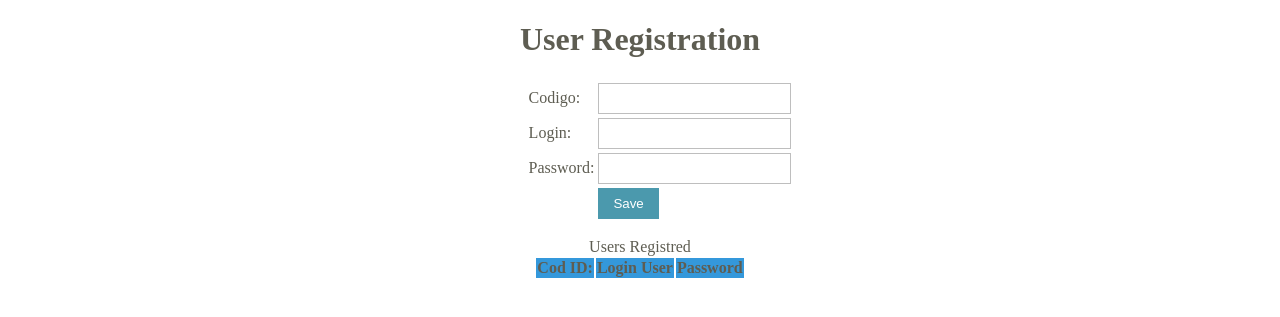
Repository: ViniciusBeletella/project-jsp
Page: http://localhost/project-jsp/userRegistration.jsp
The author's editor kept a copy of each file at every save. The page is drawn from the files as they stood at one save, then again after the next save.
The browser window is 1280 px wide. The pictures show the whole page.
The page is served by Tomcat 9. Other server files are loaded and not shown.

Above is the page before, as saved 2019-12-27 08:14:47.

### project-jsp/WebContent/userRegistration.jsp
<%@ page language="java" contentType="text/html; charset=UTF-8"
	pageEncoding="UTF-8"%>
<%@ taglib uri="http://java.sun.com/jsp/jstl/core" prefix="c"%>
<!DOCTYPE html>
<html>
<head>
<meta charset="UTF-8">
<title>User Registration</title>
<link rel="stylesheet" href="resources/css/registration.css">
</head>
<body>

	<center>
		<h1>User Registration</h1>
	</center>
	</tr>
	<tr></tr>
	<tr>
	<center>
			<form action="saveUser" method="post">
				<ul class="form-style-1">
					<li>
						<table>
							<tr>
								<td>Codigo:</td>
								<td><input type="text" readonly="readonly" id="id"
									name="id" value="${user.id}"></td>
							</tr>
							<tr>
								<td>Login:</td>
								<td><input type="text" id="login" name="login"
									value="${user.login}"></td>
							</tr>

							<tr>
								<td>Password:</td>
								<td><input type="password" id="password" name="password"
									value="${user.password}"></td>
							</tr>
							<tr>
								<td></td>
								<td><input type="submit" value="Save"></td>
							</tr>
						</table>
					</li>
				</ul>
			</form>

		<table>
				<caption>Users Registred</caption>
				<tr bgcolor="#3498DB">
				<th>Cod ID:</th>
				<th>Login User</th>
				<th>Password</th>
			</tr>
			<c:forEach items="${users}" var="userL">
				<tr>
					<td style="width: 150px"><c:out value="${userL.id}"></c:out></td>
					<td style="width: 150px"><c:out value="${userL.login}"></c:out></td>
					<td style="width: 150px"><c:out value="${userL.password}"></c:out></td>
					<td><c:out value="${user.password}"></c:out></td>
					<td><a href="saveUser?acao=delete&user=${userL.login}"><img src="resources/img/delete.png" title="Delete" width="18px" height="18px"></a>
					</td>
					<td><a href="saveUser?acao=edit&user=${userL.login}"><img src="resources/img/edit.png" title="Edit" width="18px" height="18px"></a></td>

				</tr>

			</c:forEach>
		</table>
		</center>
</body>
</html>

### project-jsp/WebContent/resources/css/registration.css

<style type="text/css">
.form-style-1 {
	margin:10px auto;
	max-width: 400px;
	text-align:center;
	padding: 20px 12px 10px 20px;
	font: 13px "Lucida Sans Unicode", "Lucida Grande", sans-serif;
}
.form-style-1 li {
	padding: 0;
	display: block;
	list-style: none;
	margin: 10px 0 0 0;
}
.form-style-1 label{
	margin:0 0 3px 0;
	padding:0px;
	text-align:center;
	display:block;
	font-weight: bold;
}
.form-style-1 input[type=text],
.form-style-1 input[type=password],
.form-style-1 input[type=date],
.form-style-1 input[type=datetime],
.form-style-1 input[type=number],
.form-style-1 input[type=search],
.form-style-1 input[type=time],
.form-style-1 input[type=url],
.form-style-1 input[type=email],
textarea,
select{
	box-sizing: border-box;
	-webkit-box-sizing: border-box;
	-moz-box-sizing: border-box;
	border:1px solid #BEBEBE;
	padding: 7px;
	margin:0px;
	-webkit-transition: all 0.30s ease-in-out;
	-moz-transition: all 0.30s ease-in-out;
	-ms-transition: all 0.30s ease-in-out;
	-o-transition: all 0.30s ease-in-out;
	outline: none;
}
.form-style-1 input[type=text]:focus,
.form-style-1 input[type=password]:focus,
.form-style-1 input[type=date]:focus,
.form-style-1 input[type=datetime]:focus,
.form-style-1 input[type=number]:focus,
.form-style-1 input[type=search]:focus,
.form-style-1 input[type=time]:focus,
.form-style-1 input[type=url]:focus,
.form-style-1 input[type=email]:focus,
.form-style-1 textarea:focus,
.form-style-1 select:focus{
	-moz-box-shadow: 0 0 8px #88D5E9;
	-webkit-box-shadow: 0 0 8px #88D5E9;
	box-shadow: 0 0 8px #88D5E9;
	border: 1px solid #88D5E9;
}
.form-style-1 .field-divided{
	width: 49%;
}

.form-style-1 .field-long{
	width: 100%;
}
.form-style-1 .field-select{
	width: 100%;
}
.form-style-1 .field-textarea{
	height: 100px;
}
.form-style-1 input[type=submit], .form-style-1 input[type=button]{
	background: #4B99AD;
	padding: 8px 15px 8px 15px;
	border: none;
	color: #fff;
}
.form-style-1 input[type=submit]:hover, .form-style-1 input[type=button]:hover{
	background: #4691A4;
	box-shadow:none;
	-moz-box-shadow:none;
	-webkit-box-shadow:none;
}
.form-style-1 .required{
	color:red;
}
$bp-maggie: 15em;
$bp-lisa: 30em;
$bp-bart: 48em;
$bp-marge: 62em;
$bp-homer: 75em;


* {
 @include box-sizing(border-box);

 &:before,
 &:after {
   @include box-sizing(border-box);
 }
}

body {
  font-family: $helvetica;
  color: rgba(94,93,82,1);
}

a {
  color: rgba(51,122,168,1);

  &:hover,
  &:focus {
    color: rgba(75,138,178,1);
  }
}


.tableaa {
	border="1"
	width="50%
	height="50%"
	cellpadding="4";

	margin-left: auto;
	margin-right: auto;
}



.flat-table {
  display: block;
  font-family: sans-serif;
  margin-left: auto;
  margin-right: auto;
  -webkit-font-smoothing: antialiased;
  font-size: 115%;
  overflow: auto;
  width: auto;

  th {
    background-color: rgb(112, 196, 105);
    color: white;
    font-weight: normal;
    padding: 20px 30px;
    text-align: center;
  }
  td {
    background-color: rgb(238, 238, 238);
    color: rgb(111, 111, 111);
    padding: 20px 30px;

  }
}
}

After the next save:
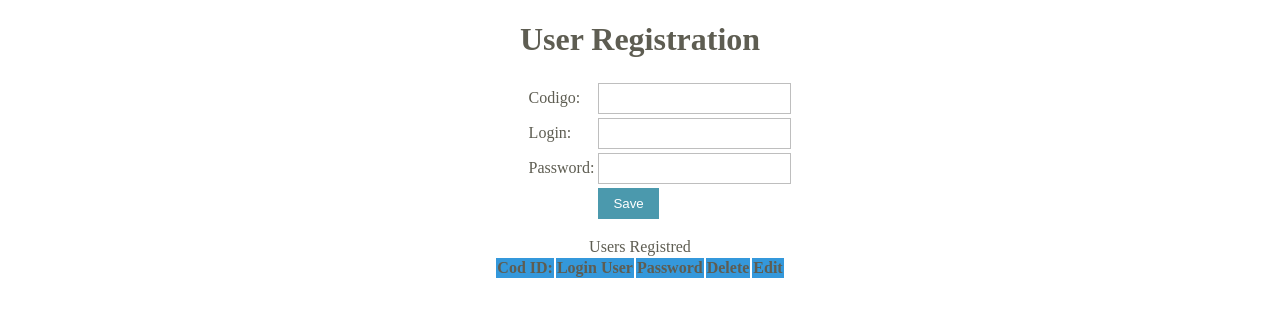
Saved 2 min 53 s later.
--- a/project-jsp/WebContent/userRegistration.jsp
+++ b/project-jsp/WebContent/userRegistration.jsp
@@ -52,6 +52,8 @@
 				<th>Cod ID:</th>
 				<th>Login User</th>
 				<th>Password</th>
+				<th>Delete</th>
+				<th>Edit</th>
 			</tr>
 			<c:forEach items="${users}" var="userL">
 				<tr>
